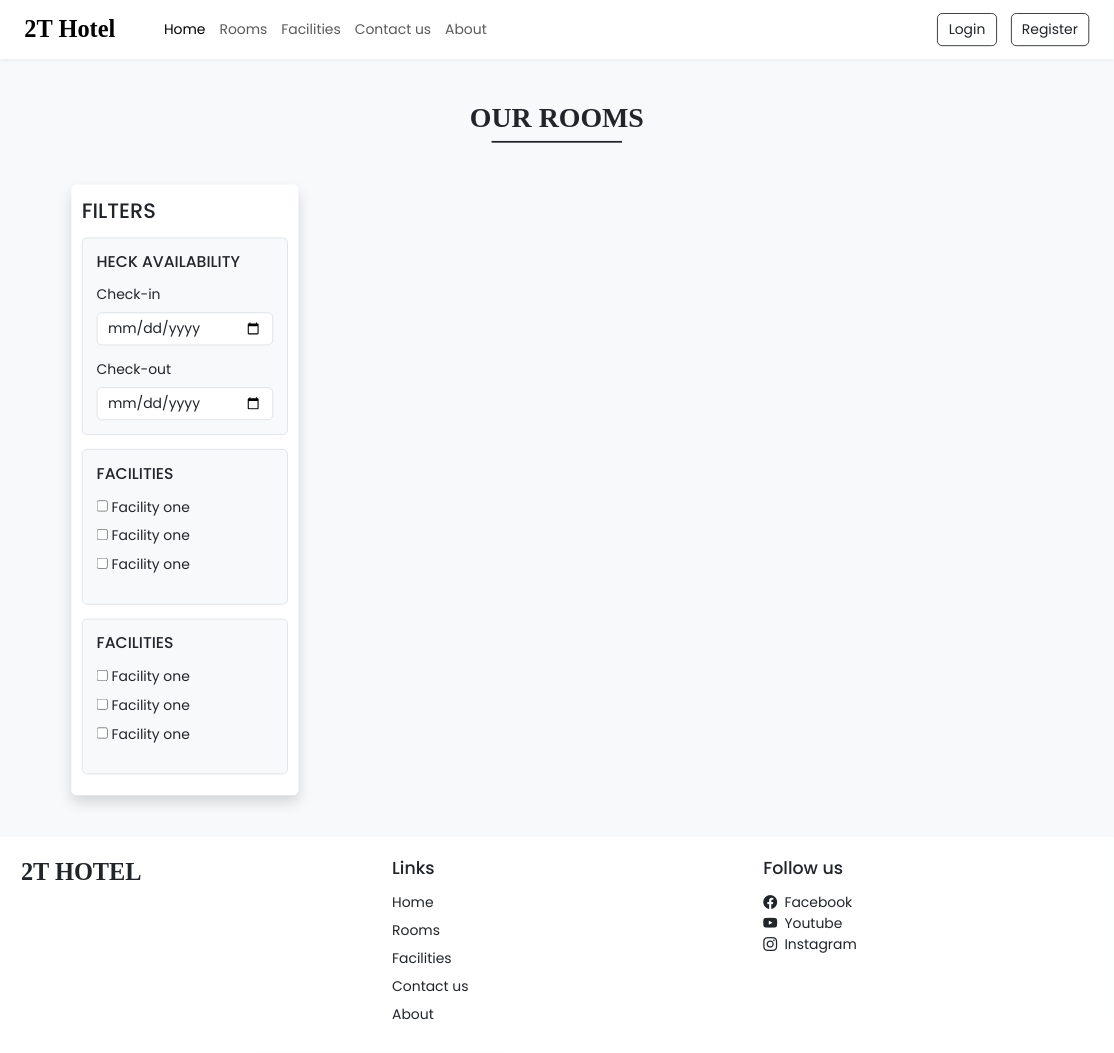
Repository: TaTongThanh2003/DoAnCoSo2024_BookingHotelWebsite
Page: http://localhost/WebsiteBookingHotel/rooms.php
The author's editor kept a copy of each file at every save. The page is drawn from the files as they stood at one save, then again after the next save.
The browser window is 1280 px wide. The pictures show the whole page, at 87% of full size.
Some web fonts or font styles are not loaded; a fallback is used. The page is run by PHP 8.4 with error messages shown; the project is at /var/www/html/.

Above is the page before, as saved 2024-03-22 16:48:38.

After the next save:
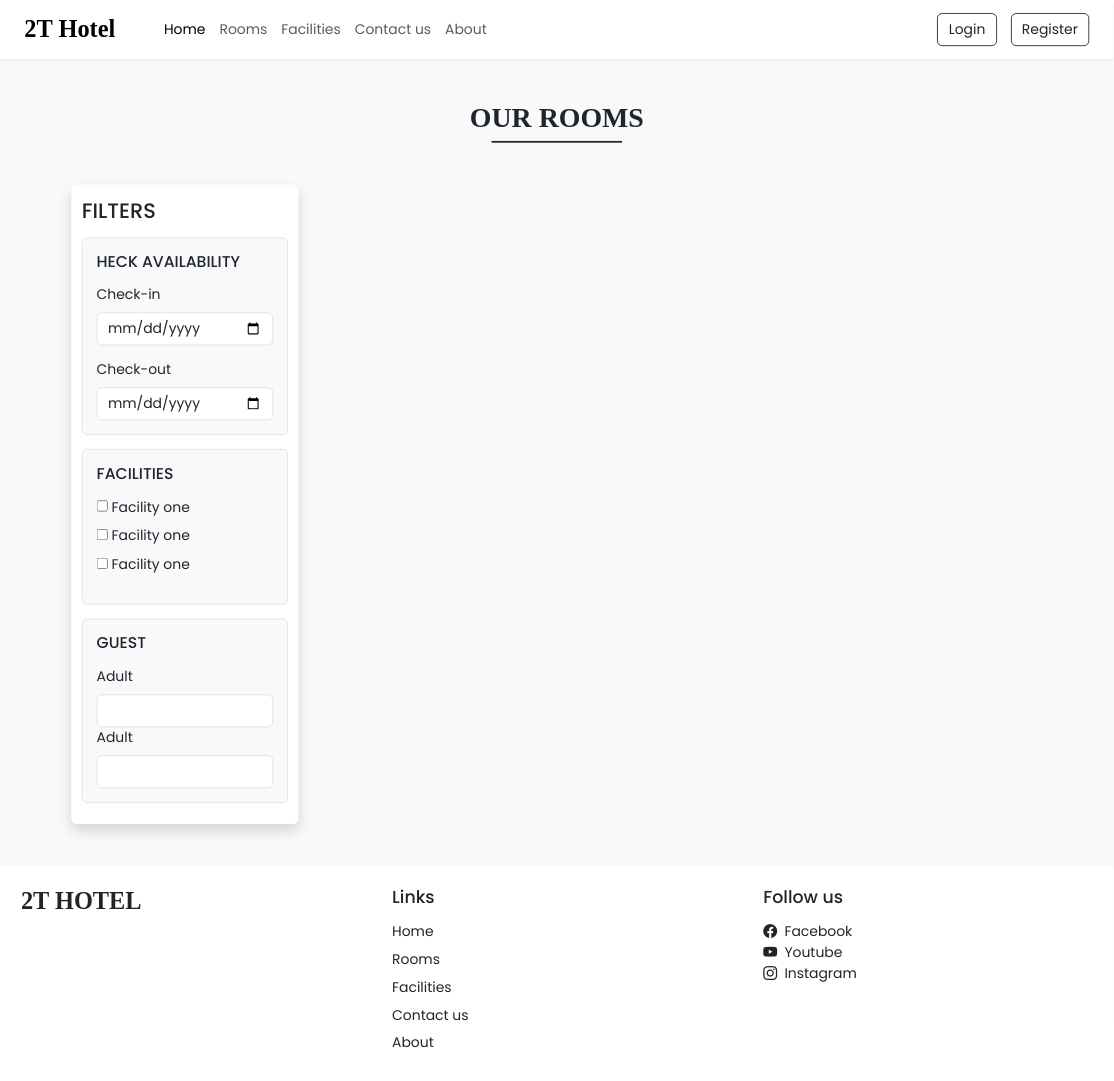
Saved 3 min 22 s later.
--- a/WebsiteBookingHotel/rooms.php
+++ b/WebsiteBookingHotel/rooms.php
@@ -68,21 +68,17 @@
                                 </div>
                             </div>
                             <div class="border bg-light p-3 rounded mb-3">
-                                <h5 class="mb-3" style="font-size: 18px;">FACILITIES</h5>
-                                <div class="mb-2">
-                                    <input type="checkbox" id="f1" class="form-check-control shadow-none mb-3">
-                                    <label class="form-check-label" for="f1">Facility one</label>
-                                    <div class="mb-2">
-                                        <input type="checkbox" id="f2" class="form-check-control shadow-none mb-3">
-                                        <label class="form-check-label" for="f2">Facility one</label>
-                                        <div class="mb-2">
-                                            <input type="checkbox" id="f3" class="form-check-control shadow-none mb-3">
-                                            <label class="form-check-label" for="f3">Facility one</label>
-                                        </div>
-
-                                    </div>
+                                <h5 class="mb-3" style="font-size: 18px;">GUEST</h5>
+                                <div>
+                                    <label class="form-label">Adult</label>
+                                    <input type="number" class="form-control shadow-none">
+                                </div>
+                                <div>
+                                    <label class="form-label">Adult</label>
+                                    <input type="number" class="form-control shadow-none">
                                 </div>
                             </div>
+                        </div>
                 </nav>
             </div>
         </div>
